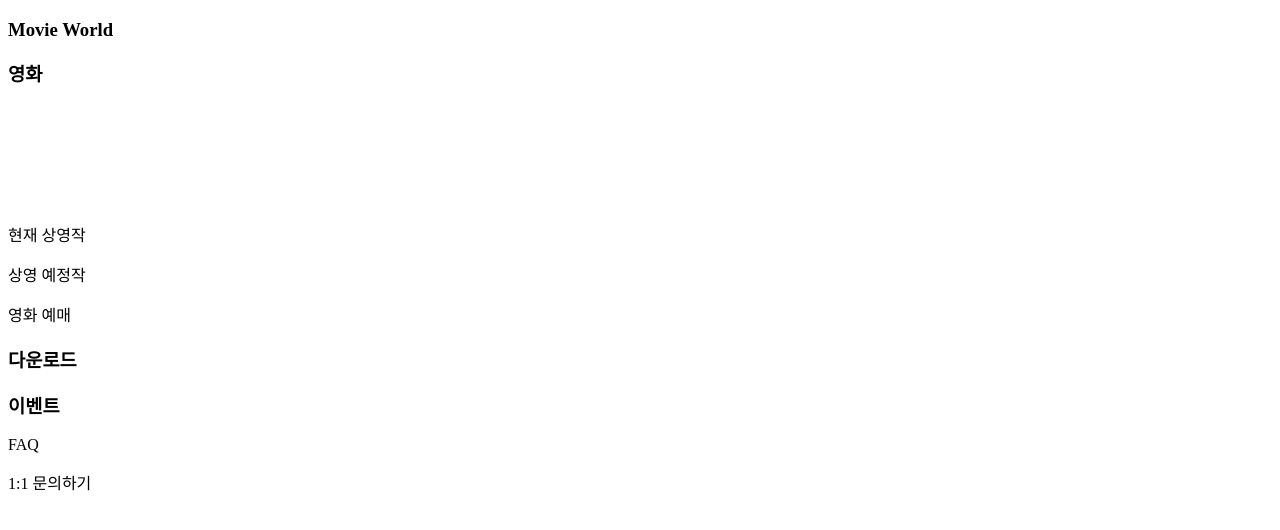
Repository: khpark1211/jsp
Page: http://localhost/TestJsp/
These files come from the project's save history. The page is drawn as it stood at one moment and after the next save; the edit follows.
The browser window is 1280 px wide. The pictures show the whole page.
Some web libraries are served in a nearby version. The page is served by Tomcat 9.

Above is the page before, as saved 2020-04-07 05:39:18.

After the next save:
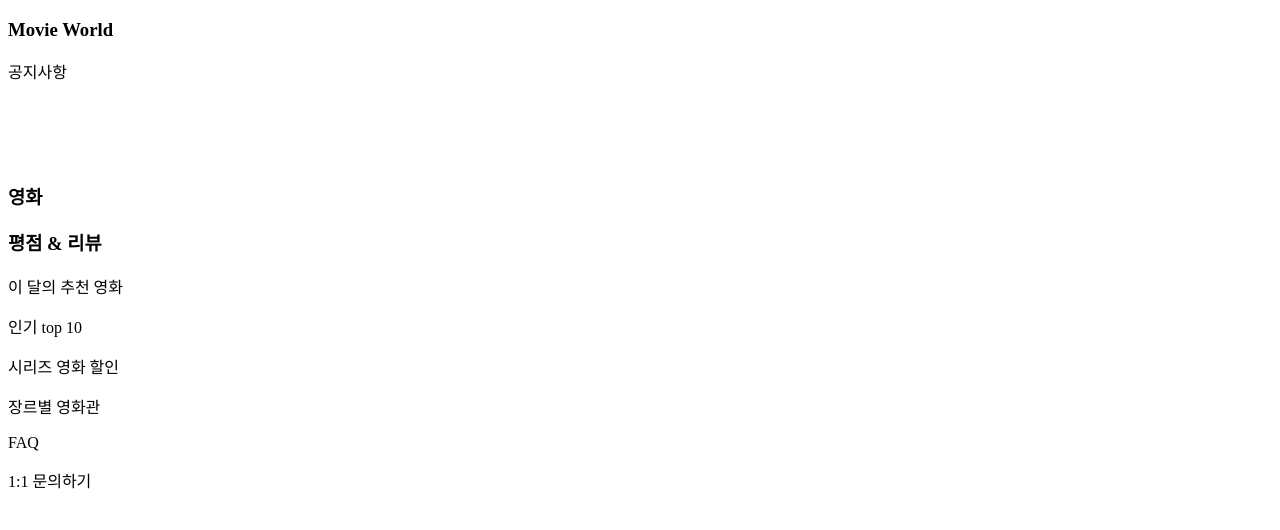
Saved 37 min 3 s later.
--- a/TestJsp/WebContent/index.jsp
+++ b/TestJsp/WebContent/index.jsp
@@ -44,7 +44,10 @@ $( function() {
 			<!-- 메뉴 -->
 			<div id="accordion">
 					<h3>Movie World</h3>
-
+						<div>
+							<p>공지사항</p>
+							<p></p>
+						</div>
 					<h3 class="topMenuLi">영화</h3>
 						<div>
 							<p>현재 상영작</p>
@@ -61,6 +64,9 @@ $( function() {
 							<p>장르별 영화관</p>
 						</div>
 					<h3 class="topMenuLi">이벤트</h3>
+						<div>
+							<p></p>
+						</div>
 					<h3 class="topMenuLi">온라인 고객센터</h3>
 						<div>
 							<p>FAQ</p>
